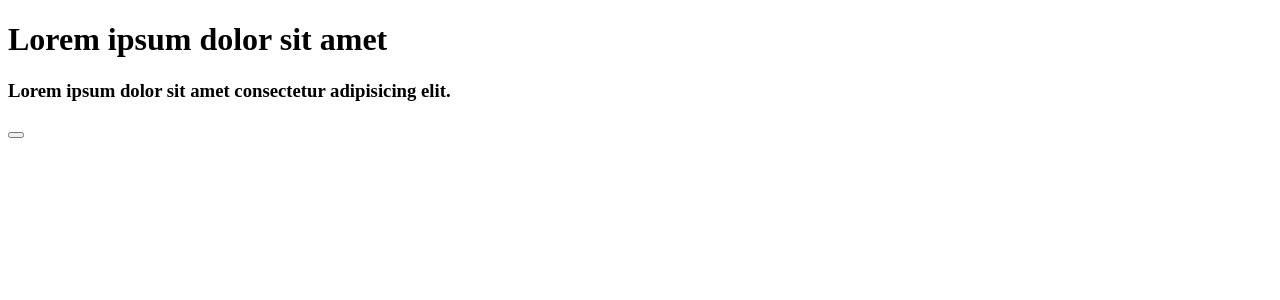
Repository: robsonwssantos/Projeto_Olaria
Page: Exercicios/ex.01/index.html
An editor plug-in stored every save of this project. The page is shown before and after the next save, followed by the edit.
The browser window is 1280 px wide. The pictures show the whole page.

Above is the page before, as saved 2023-04-20 22:00:14.

After the next save:
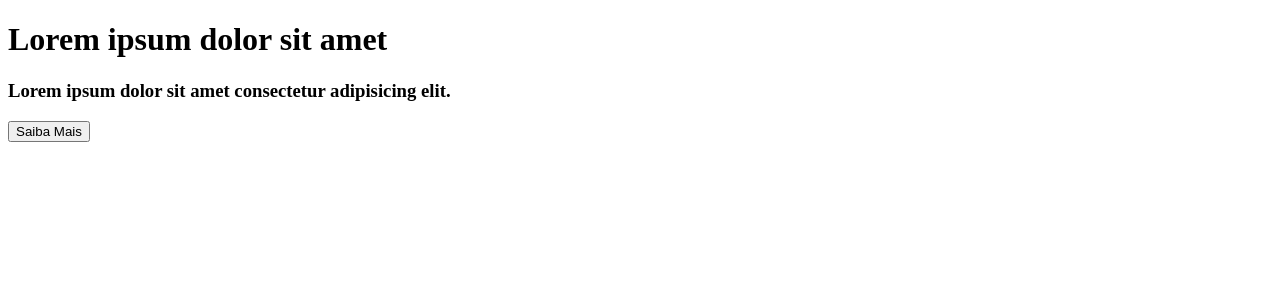
Saved 80 s later.
--- a/Exercicios/ex.01/index.html
+++ b/Exercicios/ex.01/index.html
@@ -9,6 +9,10 @@
 <body>
     <h1>Lorem ipsum dolor sit amet</h1>
     <h3>Lorem ipsum dolor sit amet consectetur adipisicing elit.</h3>
-    <button></button>
+    <button>Saiba Mais</button>
+
+    <footer>
+
+    </footer>
 </body>
 </html>
